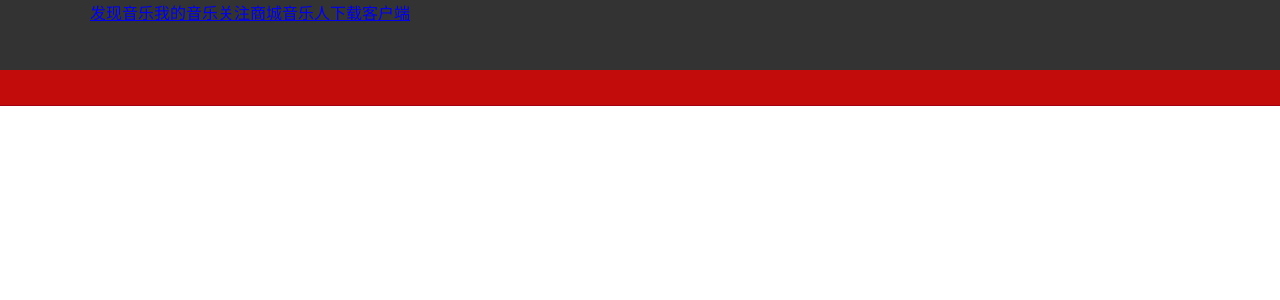
Repository: xtcgjk/-
Page: /
The author's editor kept a copy of each file at every save. The page is drawn from the files as they stood at one save, then again after the next save.
The browser window is 1280 px wide. The pictures show the whole page.
The project was rebuilt for these pictures with package versions that can differ from the ones it lists, and the page was loaded fresh each time.

Above is the page before, as saved 2022-02-23 15:40:02.

### index.html
<!DOCTYPE html>
<html>
  <head>
    <meta charset="utf-8" />
    <meta name="viewport" content="width=device-width,initial-scale=1.0" />
    <title>vue-music</title>
  </head>
  <body>
    <div id="app"></div>
    <!-- built files will be auto injected -->
  </body>
</html>
<style>
  body {
    margin: 0;
    padding: 0;
  }
</style>

### src/main.js
// The Vue build version to load with the `import` command
// (runtime-only or standalone) has been set in webpack.base.conf with an alias.
import Vue from "vue";
import App from "./App";
import router from "./routers";
import http from "./axios/index";
import ElementUI from "element-ui";
import "element-ui/lib/theme-chalk/index.css";

Vue.use(ElementUI);
Vue.prototype.$http = http;

/* eslint-disable no-new */
new Vue({
  el: "#app",
  router,
  components: { App },
  template: "<App/>"
});

### src/App.vue
<template>
  <div id="app">
    <router-view></router-view>
  </div>
</template>

<script>
export default {
  name: "App",
  components: {},
};
</script>

<style>
/* #app {
  font-family: "Avenir", Helvetica, Arial, sans-serif;
  -webkit-font-smoothing: antialiased;
  -moz-osx-font-smoothing: grayscale;
  text-align: center;
  color: #2c3e50;
  margin-top: 60px;
} */
</style>

### src/routers/index.js
import Vue from "vue";
import VueRouter from "vue-router";
Vue.use(VueRouter);
const router = new VueRouter({
  mode: "history",
  routes: [
    {
      path: "/",
      redirect: "/music"
    },
    {
      path: "/music",
      component: () => import("@/views/music")
    }
  ]
});

export default router;

### src/axios/index.js
function http(userOptions) {
  console.log("成功了");
}

### src/views/music/index.vue
<template>
  <div id="container">
    <div></div>
    <Header />
    <Header2 />
  </div>
</template>

<script>
import Header from "../../components/header";
import Header2 from "../../components/header2";
export default {
  components: {
    Header,
    Header2,
  },
};
</script>
<style scoped>
</style>

### src/components/header/index.vue
<template>
  <div id="wrapper">
    <div id="header">
      <router-link to="">发现音乐</router-link>
      <router-link to="">我的音乐</router-link>
      <router-link to="">关注</router-link>
      <router-link to="">商城</router-link>
      <router-link to="">音乐人</router-link>
      <router-link to="">下载客户端</router-link>
    </div>
  </div>
</template>

<script>
export default {
  name: "Header",
  data() {
    return {};
  },
};
</script>
<style scoped>
#wrapper {
  background-color: #333;
}
#header {
  width: 1100px;
  height: 70px;
  background-color: #333;
  margin: auto;
}
</style>

### src/components/header2/index.vue
<template>
  <div id="header2"></div>
</template>
<script>
export default {
  name: "Header2",
  data() {
    return {};
  },
};
</script>
<style scoped>
#header2 {
  height: 35px;
  background-color: #c20c0c;
  border-bottom: 1px solid #a40011;
}
</style>

After the next save:
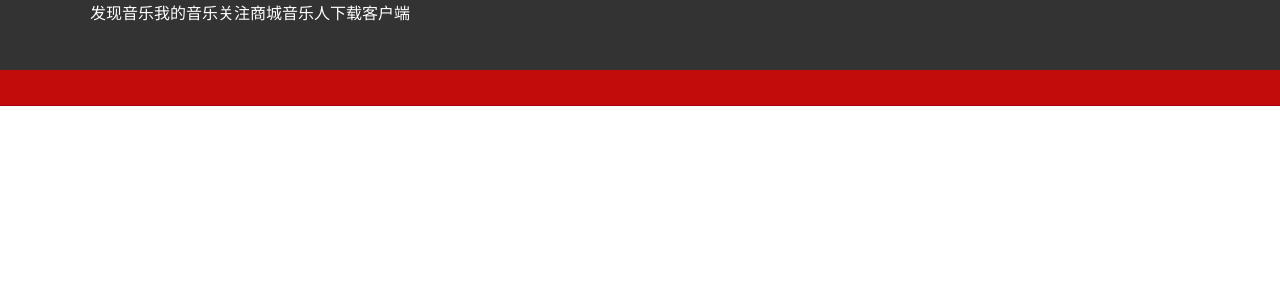
Saved 59 s later.
--- a/src/components/header/index.vue
+++ b/src/components/header/index.vue
@@ -29,4 +29,8 @@ export default {
   background-color: #333;
   margin: auto;
 }
+a {
+  text-decoration: none;
+  color: white;
+}
 </style>
